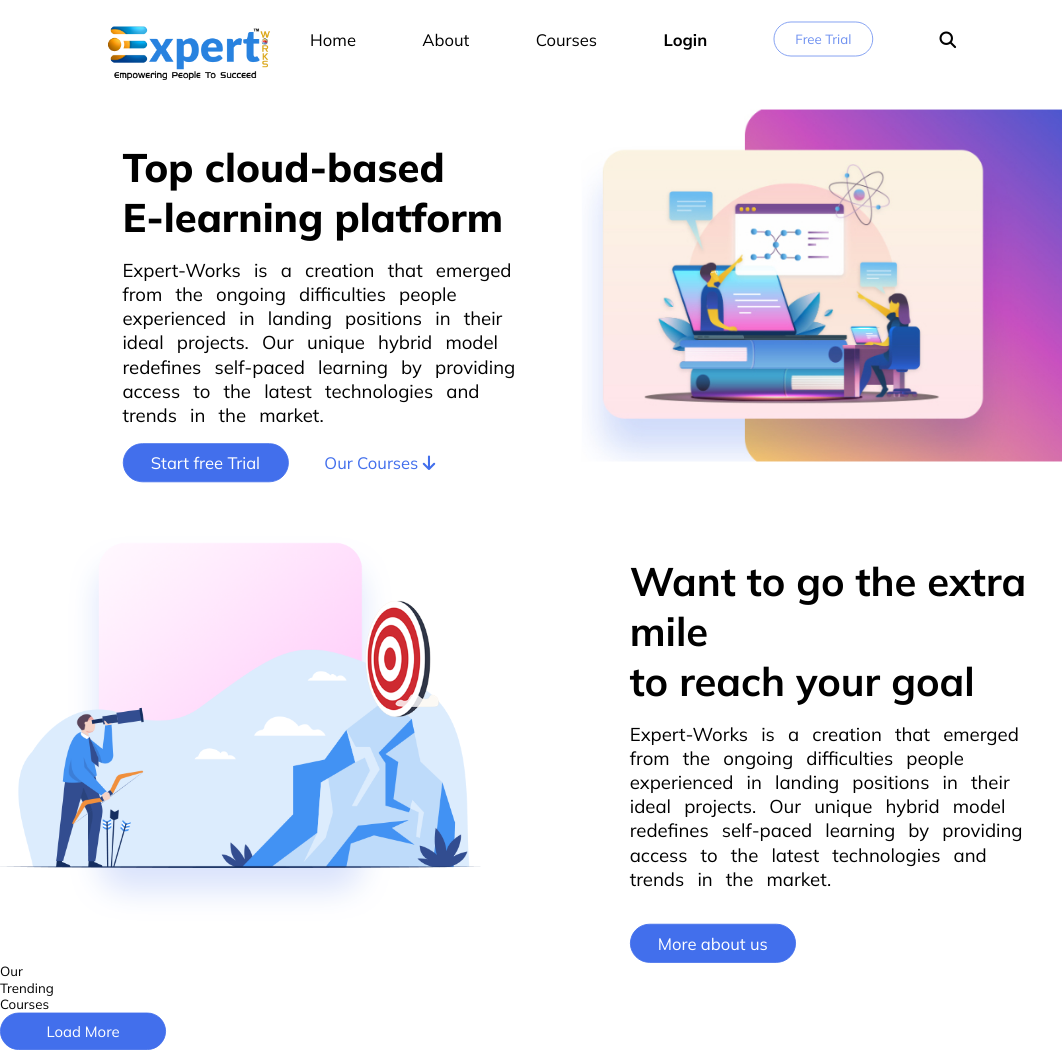
Repository: FlyweisReact/Raghu-B2C
Page: /homePage
An editor plug-in stored every save of this project. The page is shown before and after the next save, followed by the edit.
The browser window is 1280 px wide. The pictures show the whole page, at 83% of full size.
Some web libraries are served in a nearby version. The project was rebuilt for these pictures with package versions that can differ from the ones it lists, and the page was loaded fresh each time. Also part of the build but not shown: src/Footer/footer.scss, src/Footer/Footer.jsx, src/component/pages/courses/course.scss, src/component/Navbar/nav.scss, src/component/Navbar/Nav.jsx, src/component/navigation/NavItems.js, src/component/navigation/Dropdown.css, src/component/navigation/Dropdown.js and 43 more.

Above is the page before, as saved 2023-02-03 15:50:23.

### public/index.html
<!DOCTYPE html>
<html lang="en">
  <head>
    <meta charset="utf-8" />
    <link rel="icon" href="%PUBLIC_URL%/favicon.ico" />
    <meta name="viewport" content="width=device-width, initial-scale=1" />
    <meta name="theme-color" content="#000000" />
    <meta
      name="description"
      content="Web site created using create-react-app"
    />
    <link rel="apple-touch-icon" href="%PUBLIC_URL%/logo192.png" />
    <link href="https://fonts.googleapis.com/css2?family=Mulish:ital,wght@0,200;0,300;0,400;0,500;0,600;0,700;0,800;0,900;1,200;1,300;1,400;1,500;1,600;1,700;1,800&display=swap" rel="stylesheet">
    <link rel="manifest" href="%PUBLIC_URL%/manifest.json" />
    <title>Educational Web</title>
  </head>
  <body>
    <noscript>You need to enable JavaScript to run this app.</noscript>
    <div id="root"></div>
    <script src="https://kit.fontawesome.com/b533b351e4.js" crossorigin="anonymous"></script>
  </body>
</html>

### src/index.js
/** @format */

import React from "react";
import ReactDOM from "react-dom";
import { BrowserRouter } from "react-router-dom";
import App from "./App";

ReactDOM.render(
  <React.StrictMode>
    <BrowserRouter>
      <App />
    </BrowserRouter>
  </React.StrictMode>,
  document.getElementById("root")
);

### src/App.js
/** @format */

import { Routes, Route } from "react-router-dom";
import "./App.css";
import "./component/common.scss";
import Courses from "./component/pages/courses/Courses";
import Home from "./component/Home";
import Programs from "./component/pages/Programs/Programs";
import Login from "./component/pages/LoginPage/Login";
import CreateAccount from "./component/pages/CreateAccount/CreateAccount";
import UsertakenCourses from "./component/pages/UserTakenCourses/UsertakenCourses";
import ExploreMore from "./component/pages/morecourses/ExploreMore";
import Forgot from "./component/pages/forgotPassword/Forgot";
import OTP from "./component/pages/otp/OTP";
import Reset from "./component/pages/reset/Reset";
import ViewCourses from "./component/pages/viewCourses/ViewCourses";
import SignUpOtp from "./component/pages/signUpOtp/SignUpOtp"
import MyCourse from "./component/pages/Mycourse/MyCourse";
import MyCourseDesc from "./component/pages/Mycourse/MyCourseDesc";
import FreeTrial from "./component/pages/FreeTrial/FreeTrial";
import Subscription from "./component/pages/FreeTrial/Subscription";
import Billing from "./component/pages/FreeTrial/Billing";
import ThankYOu from "./component/pages/FreeTrial/ThankYOu";
import HomePage from "./HomePage";

function App() {
  const user = false;

  return (
    <div className="App">
      <Routes>
        <Route exect path="/" element={<Login />} />
        <Route exect path="/emailVerify" element={<Forgot />} />
        <Route exect path="/otp" element={<OTP />} />
        <Route exect path="/reset" element={<Reset />} />
        <Route exect path="/cources" element={<Courses />} />
        <Route exect path="/viewCourses" element={<ViewCourses />} />
        <Route exect path="/program" element={<Programs />} />
        <Route exect path="/home" element={<Home user={user} />} />
        <Route exect path="/create-acount" element={<CreateAccount />} />
        <Route exect path="/signUpOtp" element={<SignUpOtp />} />
        <Route exect path="/user" element={<UsertakenCourses />} />
        <Route exect path="/explore" element={<ExploreMore />} />
        <Route exect path="/myCourse" element={<MyCourse />} />
        <Route exect path="/myCourse/:id" element={<MyCourseDesc />} />
        <Route  exect path="/trial" element={<FreeTrial />} />
        <Route  exect path="/subscription" element={<Subscription />} />
        <Route  exect path="/billing" element={<Billing />} />
        <Route  exect path="/thank" element={<ThankYOu />} />
        <Route  exect path="/homePage" element={<HomePage />} />





      </Routes>
    </div>
  );
}

export default App;

### src/App.css
*{
  margin: 0;
  padding: 0;
  box-sizing: border-box;
  font-family: 'Mulish', sans-serif;
}
.hello{
  color:#7ABCFF;
color:  #3284D6;
color:  #D1E8FF;

}

### src/component/common.scss
.links{
    text-decoration: none;
    color: #fff;
    overflow-x: hidden;
}

*{
    // overflow-x: hidden;
    scroll-behavior: smooth;
}

### src/HomePage.js
/** @format */

import React from "react";
import "./HomePage.css";
// Images
import img from "./images/logo.png";
import img1 from './images/1st image.png'
import img2 from './images/2nd image.png'
import img3 from './images/Home.png'


const HomePage = () => {
  return (
    <>
      <div className="HomeNewnav">
        <div className="left">
          <img src={img} alt="" />
        </div>
        <div className="right">
          <ul>
            <li>Home</li>
            <li>About </li>
            <li>Courses</li>
            <li style={{ fontWeight: "bold" }}>Login</li>
            <button>Free Trial</button>
            <li>
              <i class="fa-solid fa-magnifying-glass"></i>
            </li>
          </ul>
        </div>
      </div>

      <div className="mainSecTwo">
        <div className="left">
          <p className="head">
            Top cloud-based <br /> E-learning platform{" "}
          </p>
          <p className="desc">
            Expert-Works is a creation that emerged from the ongoing
            difficulties people experienced in landing positions in their ideal
            projects. Our unique hybrid model redefines self-paced learning by
            providing access to the latest technologies and trends in the
            market.
          </p>
          <div className="btns">
            <button
              style={{
                backgroundColor: "#426fec",
                color: "#fff",
                width: "200px",
                border: "1px solid #426fec",
                fontSize: "20px",
                borderRadius: "50px",
                padding: "10px",
              }}
            >
              Start free Trial
            </button>
            <button
              style={{
                backgroundColor: "#fff",
                color: "#426fec",
                width: "200px",
                border: "none",
                fontSize: "20px",
                borderRadius: "50px",
                padding: "10px",
              }}
            >
              Our Courses <i class="fa-solid fa-arrow-down"></i>
            </button>
          </div>
        </div>
        <div className="right">
          <img
            src={img3}
            alt=""
          />
        </div>
      </div>

      <div className="mainSecTwo2">
        <div className="left">
          <img
            src={img2}
            alt=""
          />
        </div>
        <div className="right">
          <p className="head">
            Want to go the extra mile <br />
            to reach your goal
          </p>
          <p className="desc">
            Expert-Works is a creation that emerged from the ongoing
            difficulties people experienced in landing positions in their ideal
            projects. Our unique hybrid model redefines self-paced learning by
            providing access to the latest technologies and trends in the
            market.
          </p>
          <div className="btns">
            <button
              style={{
                backgroundColor: "#426fec",
                color: "#fff",
                width: "200px",
                border: "1px solid #426fec",
                fontSize: "20px",
                borderRadius: "50px",
                padding: "10px",
              }}
            >
              More about us
            </button>
          </div>
        </div>
      </div>

      <div className="centerMainDiv">
        <div className="left">
          <p className="head">
            Our <br /> Trending <br /> Courses
          </p>{" "}
          <button
            style={{
              backgroundColor: "#426fec",
              color: "#fff",
              width: "200px",
              border: "1px solid #426fec",
              fontSize: "18px",
              borderRadius: "50px",
              padding: "10px",
            }}
          >
           Load More
          </button>
        </div>
        <div className="right">
            <div className="group">
                <div></div>
            </div>
        </div>
      </div>
    </>
  );
};

export default HomePage;

### src/HomePage.css
.HomeNewnav{
    display: flex;
    justify-content: space-between;
    width: 80%;
    margin-left:10%;
    margin-top: 2%;
}
.HomeNewnav .left img{
    width: 200px;
}
.HomeNewnav .right ul {
    display: flex;
    gap: 5rem;
}
.HomeNewnav .right ul li{
    list-style: none;
    font-size: 20px;
    margin-top: 10px;
}
.HomeNewnav .right ul  button {
    width: 120px;
    font-size: 16px;
    margin-top: 0;
    border: 1px solid #6e90f0;
    color: #6e90f0;
    background-color: #fff;

    padding: 10px;
    border-radius: 50px;
}
.HomeNewnav .right ul li:hover{
    color: #6e90f0;
    cursor: pointer;
}



.mainSecTwo {
    display: flex;
    margin-top: 2%;
    gap: 2rem;
    justify-content: space-between;
}
.mainSecTwo .left{
    width: 50%;
    margin-left: 7%;
    margin-top: 3%;
}
.mainSecTwo .right{
    width: 50%;
}
.mainSecTwo .right img {
    width: 100%;
}
.mainSecTwo .left .head{
    font-size: 3rem;
    font-weight: 800;
    margin-left: 10%;

}
.mainSecTwo .left .desc{
    width: 500px;
    word-spacing: 10px;
    font-size: 1.4rem;
    margin-top: 20px;
    margin-left: 10%;
}
.mainSecTwo .left .btns{
    display: flex;
    gap: 10px;
    margin-left: 10%;
    margin-top: 20px;
}



.mainSecTwo2{
    display: flex;
    margin-top: 5%;
    gap: 2rem;
    justify-content: space-between;
}
.mainSecTwo2 .right{
    width: 50%;
    margin-top: 2%;
    margin-left: 7%;
}
.mainSecTwo2 .left{
    width: 50%;
}
.mainSecTwo2 .left img {
    width: 100%;
}
.mainSecTwo2 .right .head{
    font-size: 3rem;
    font-weight: bold;
    margin-left: 10%;
}
.mainSecTwo2 .right .desc{
    width: 500px;
    word-spacing: 10px;
    font-size: 1.4rem;
    margin-top: 20px;
    margin-left: 10%;
}
.mainSecTwo2 .right .btns{
    display: flex;
    gap: 10px;
    margin-left: 10%;
    margin-top: 40px;
}

Loaded but not shown: src/component/pages/viewCourses/viewCourses.css (no stored copy; drawn as an empty file)

After the next save:
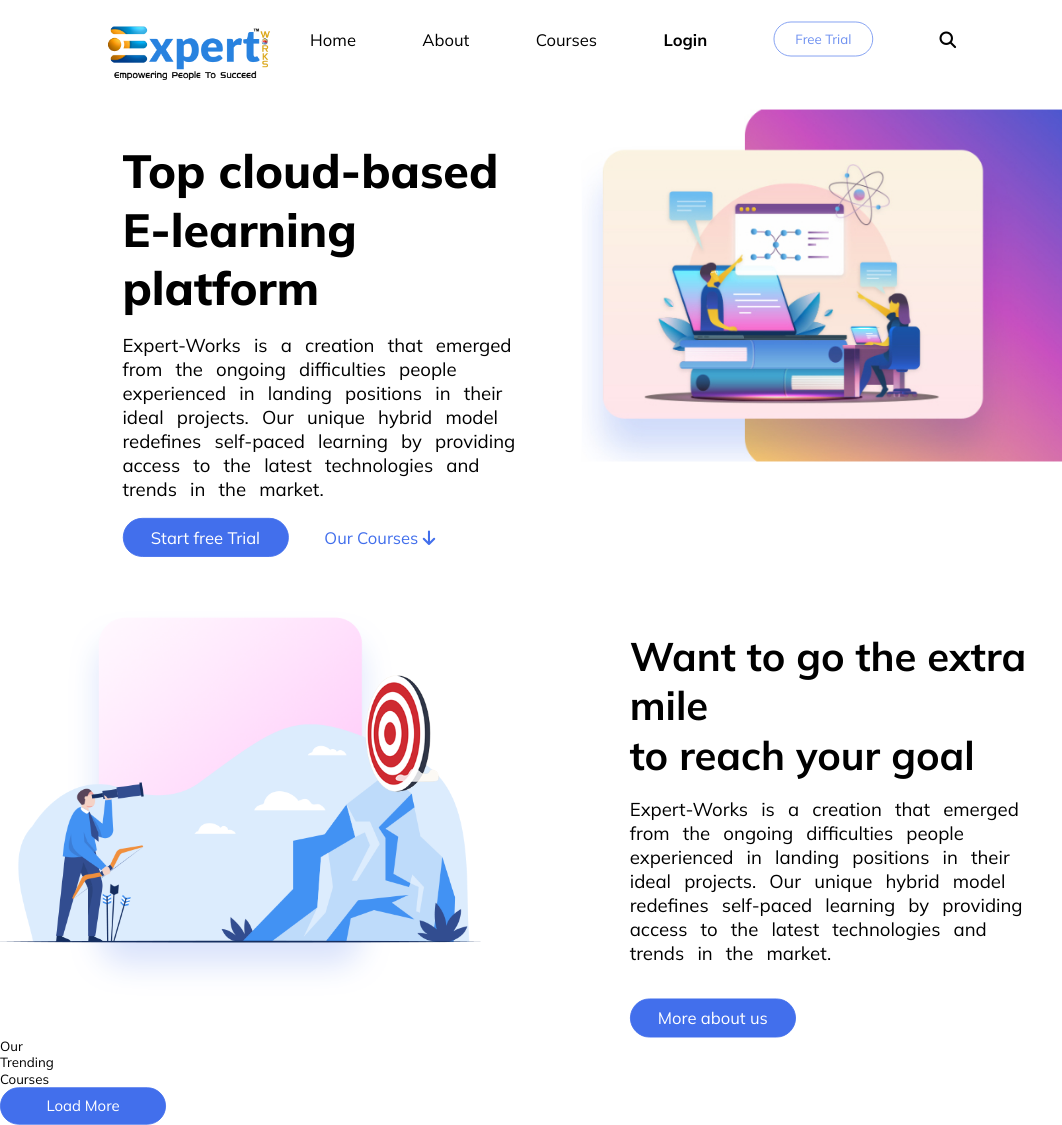
Saved 10 s later.
--- a/src/HomePage.css
+++ b/src/HomePage.css
@@ -53,7 +53,7 @@
     width: 100%;
 }
 .mainSecTwo .left .head{
-    font-size: 3rem;
+    font-size: 3.5rem;
     font-weight: 800;
     margin-left: 10%;
 
